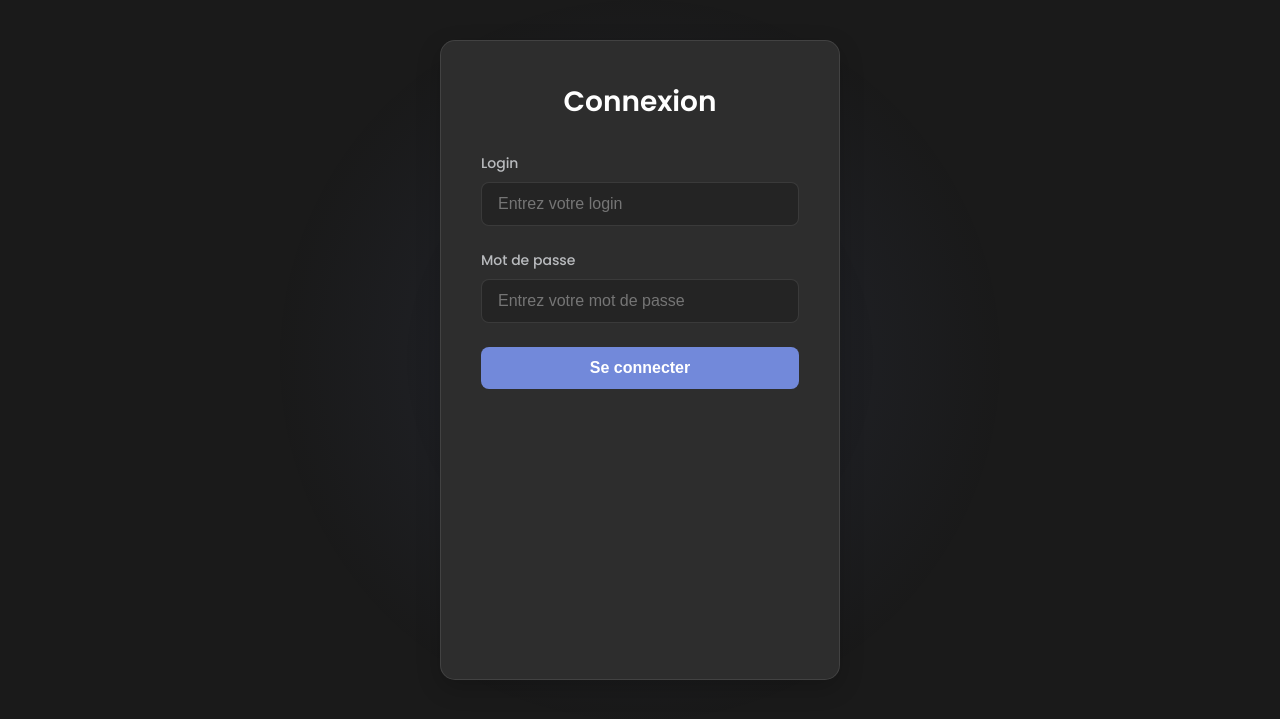
Repository: mbathio/jee
Page: http://localhost/test1/connexion
The author's editor kept a copy of each file at every save. The page is drawn from the files as they stood at one save, then again after the next save.
The browser window is 1280 px wide. The pictures show the whole page.
The page is served by Tomcat 10. Other server files are loaded and not shown.

Above is the page before, as saved 2025-04-11 21:17:39.

### test1/src/main/webapp/WEB-INF/connexion.jsp
<%@ page contentType="text/html;charset=UTF-8" language="java" %>
<!DOCTYPE html>
<html lang="fr">
<head>
    <meta charset="UTF-8">
    <meta name="viewport" content="width=device-width, initial-scale=1.0">
    <title>Connexion</title>
    <link href="https://fonts.googleapis.com/css2?family=Poppins:wght@300;400;600&display=swap" rel="stylesheet">
    <link rel="stylesheet" href="css/style.css">
</head>
<body>
    <div class="login-container">
        <div class="login-title">
            <h1>Connexion</h1>
        </div>
        <form class="login-form" action="connexion" method="get">
            <div class="form-group">
                <label for="login">Login</label>
                <input type="text" id="login" name="login" placeholder="Entrez votre login" required>
            </div>
            <div class="form-group">
                <label for="password">Mot de passe</label>
                <input type="password" id="password" name="password" placeholder="Entrez votre mot de passe" required>
            </div>
            <button type="submit" class="login-btn">Se connecter</button>
        </form>

        <%
            String message = (String) request.getAttribute("message");
            if (message != null) {
        %>
            <div class="error-message">
                <%= message %>
            </div>
        <% } %>
    </div>

    <script>
        document.querySelector('.login-form').addEventListener('submit', function(e) {
            const login = document.getElementById('login');
            const password = document.getElementById('password');

            if (login.value.length < 3) {
                e.preventDefault();
                alert('Le login doit contenir au moins 3 caractères');
                return;
            }

            if (password.value.length < 6) {
                e.preventDefault();
                alert('Le mot de passe doit contenir au moins 6 caractères');
                return;
            }
        });
    </script>
</body>
</html>

### test1/src/main/java/servlet/Connexion.java
package servlet;

import java.io.IOException;
import jakarta.servlet.ServletException;
import jakarta.servlet.annotation.WebServlet;
import jakarta.servlet.http.HttpServlet;
import jakarta.servlet.http.HttpServletRequest;
import jakarta.servlet.http.HttpServletResponse;
import jakarta.servlet.http.HttpSession;

@WebServlet("/connexion")
public class Connexion extends HttpServlet {
    private static final long serialVersionUID = 1L;
    private static final String VALID_LOGIN = "admin";
    private static final String VALID_PASSWORD = "passer";

    @Override
    protected void doGet(HttpServletRequest request, HttpServletResponse response)
            throws ServletException, IOException {
        // Simply forward to the login page when accessed via GET
        this.getServletContext().getRequestDispatcher("/WEB-INF/connexion.jsp").forward(request, response);
    }

    @Override
    protected void doPost(HttpServletRequest request, HttpServletResponse response)
            throws ServletException, IOException {

        // Récupérer les paramètres du formulaire
        String login = request.getParameter("login");
        String password = request.getParameter("password");
        String message;


        if ("admin".equals(login) )
        // Valider les identifiants
        if (login != null && password != null) {
            if (login.equals(VALID_LOGIN) && password.equals(VALID_PASSWORD)) {
                // Create session on successful login
                HttpSession session = request.getSession();
                session.setAttribute("user", login);

                message = "<span style='color: green'>Connexion réussie !</span>";

                // Redirect to welcome page or dashboard after successful login
                // Uncomment the next line and replace with the appropriate path
                // response.sendRedirect(request.getContextPath() + "/dashboard");
                // return;
            } else {
                message = "<span style='color: red'>Échec de connexion. Login ou mot de passe incorrect.</span>";
            }
        } else {
            message = "<span style='color: orange'>Veuillez saisir vos identifiants.</span>";
        }

        // Transmettre le message à la JSP
        request.setAttribute("message", message);

        // Forward to the login page
        this.getServletContext().getRequestDispatcher("/WEB-INF/connexion.jsp").forward(request, response);
    }
}

### test1/src/main/webapp/css/style.css
/* Import des polices */
@import url('https://fonts.googleapis.com/css2?family=Poppins:wght@300;400;500;600;700&display=swap');

/* Reset et variables globales */
:root {
    --primary-color: #7289da;
    --secondary-color: #5c6bc0;
    --background-dark: #1a1a1a;
    --background-light: #2d2d2d;
    --text-primary: #ffffff;
    --text-secondary: #b9bbbe;
    --error-color: #f04747;
    --success-color: #43b581;
}

* {
    margin: 0;
    padding: 0;
    box-sizing: border-box;
}

/* Style principal */
body {
    font-family: 'Poppins', sans-serif;
    background: var(--background-dark);
    min-height: 100vh;
    display: flex;
    position: relative;
    overflow-x: hidden;
}

/* Effet de particules en arrière-plan */
body::before {
    content: '';
    position: fixed;
    top: 0;
    left: 0;
    width: 100%;
    height: 100%;
    background: radial-gradient(circle at 50% 50%, rgba(114, 137, 218, 0.1) 0%, transparent 50%);
    pointer-events: none;
}

/* Sidebar */
.sidebar {
    width: 240px;
    background: var(--background-light);
    height: 100vh;
    padding: 20px;
    position: fixed;
    left: 0;
    top: 0;
}

.logo {
    color: var(--text-primary);
    font-size: 24px;
    font-weight: 700;
    margin-bottom: 40px;
    display: flex;
    align-items: center;
    gap: 10px;
}

.nav-links {
    list-style: none;
}

.nav-links li {
    margin-bottom: 10px;
}

.nav-links a {
    color: var(--text-secondary);
    text-decoration: none;
    font-size: 16px;
    display: flex;
    align-items: center;
    padding: 10px;
    border-radius: 5px;
    transition: all 0.3s ease;
}

.nav-links a:hover {
    background: rgba(114, 137, 218, 0.1);
    color: var(--text-primary);
}

/* Contenu principal */
.main-content {
    margin-left: 240px;
    padding: 40px;
    width: calc(100% - 240px);
}

/* Container de connexion */
.login-container {
    background: var(--background-light);
    border-radius: 15px;
    padding: 40px;
    width: 400px;
    position: relative;
    margin: 40px auto;
    box-shadow: 0 8px 24px rgba(0, 0, 0, 0.2);
    backdrop-filter: blur(10px);
    border: 1px solid rgba(255, 255, 255, 0.1);
}

.login-title {
    text-align: center;
    margin-bottom: 30px;
}

.login-title h1 {
    color: var(--text-primary);
    font-size: 28px;
    font-weight: 600;
}

/* Style des formulaires */
.form-group {
    margin-bottom: 24px;
}

.form-group label {
    display: block;
    color: var(--text-secondary);
    margin-bottom: 8px;
    font-size: 14px;
    font-weight: 500;
}

.form-group input {
    width: 100%;
    padding: 12px 16px;
    background: rgba(0, 0, 0, 0.2);
    border: 1px solid rgba(255, 255, 255, 0.1);
    border-radius: 8px;
    color: var(--text-primary);
    font-size: 16px;
    transition: all 0.3s ease;
}

.form-group input:focus {
    outline: none;
    border-color: var(--primary-color);
    box-shadow: 0 0 0 2px rgba(114, 137, 218, 0.25);
}

/* Bouton de connexion */
.login-btn {
    width: 100%;
    padding: 12px;
    background: var(--primary-color);
    color: white;
    border: none;
    border-radius: 8px;
    font-size: 16px;
    font-weight: 600;
    cursor: pointer;
    transition: all 0.3s ease;
}

.login-btn:hover {
    background: var(--secondary-color);
    transform: translateY(-2px);
    box-shadow: 0 5px 15px rgba(114, 137, 218, 0.4);
}

/* Message d'erreur */
.error-message {
    background: rgba(240, 71, 71, 0.1);
    border: 1px solid var(--error-color);
    color: var(--error-color);
    padding: 12px;
    border-radius: 8px;
    margin-top: 20px;
    font-size: 14px;
    text-align: center;
}

/* Liens supplémentaires */
.additional-links {
    margin-top: 20px;
    text-align: center;
}

.additional-links a {
    color: var(--text-secondary);
    text-decoration: none;
    font-size: 14px;
    transition: color 0.3s ease;
}

.additional-links a:hover {
    color: var(--primary-color);
}

/* Animation de fade-in */
@keyframes fadeIn {
    from {
        opacity: 0;
        transform: translateY(20px);
    }
    to {
        opacity: 1;
        transform: translateY(0);
    }
}

.login-container {
    animation: fadeIn 0.6s ease-out;
}

/* Media Queries */
@media (max-width: 768px) {
    .sidebar {
        width: 70px;
        padding: 20px 10px;
    }

    .logo span {
        display: none;
    }

    .nav-links span {
        display: none;
    }

    .main-content {
        margin-left: 70px;
        width: calc(100% - 70px);
    }
}

@media (max-width: 480px) {
    .login-container {
        width: 90%;
        padding: 30px 20px;
    }

    .sidebar {
        display: none;
    }

    .main-content {
        margin-left: 0;
        width: 100%;
    }
}

After the next save:
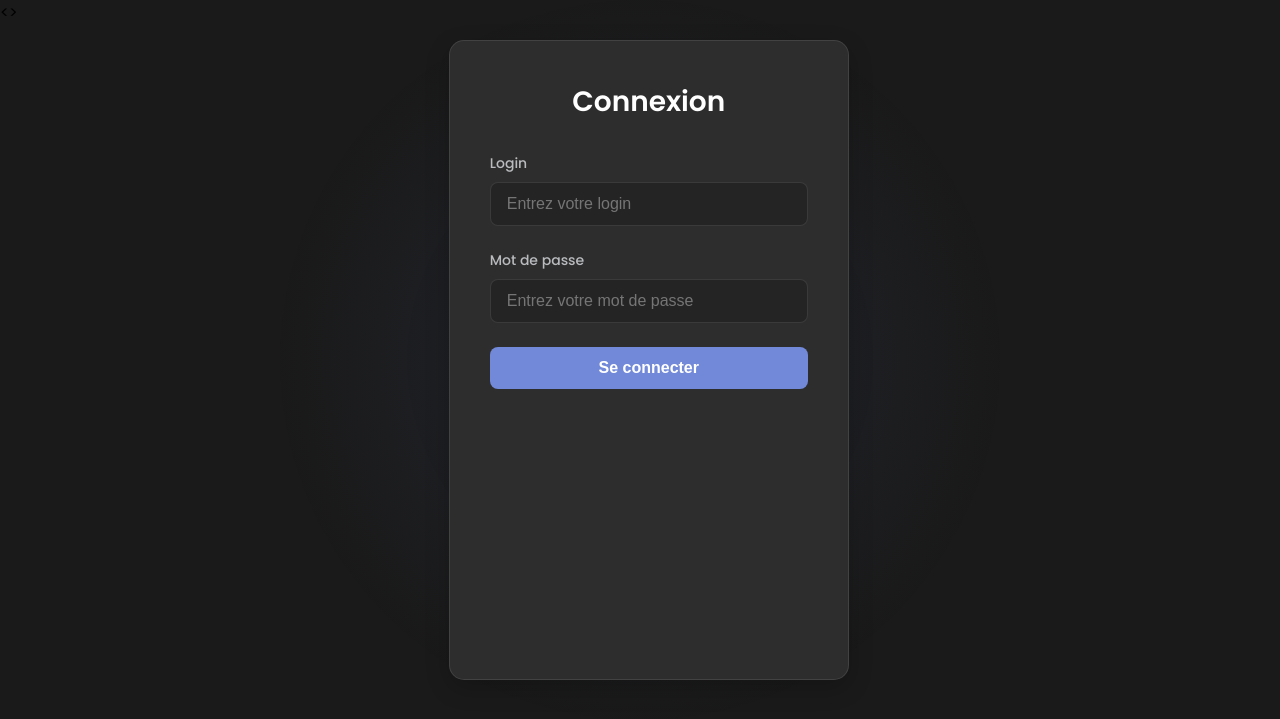
Saved 80 s later.
--- a/test1/src/main/webapp/WEB-INF/connexion.jsp
+++ b/test1/src/main/webapp/WEB-INF/connexion.jsp
@@ -6,7 +6,7 @@
     <meta name="viewport" content="width=device-width, initial-scale=1.0">
     <title>Connexion</title>
     <link href="https://fonts.googleapis.com/css2?family=Poppins:wght@300;400;600&display=swap" rel="stylesheet">
-    <link rel="stylesheet" href="css/style.css">
+    <<link rel="stylesheet" type="text/css" href="${pageContext.request.contextPath}/css/style.css">>
 </head>
 <body>
     <div class="login-container">

After the save that followed:
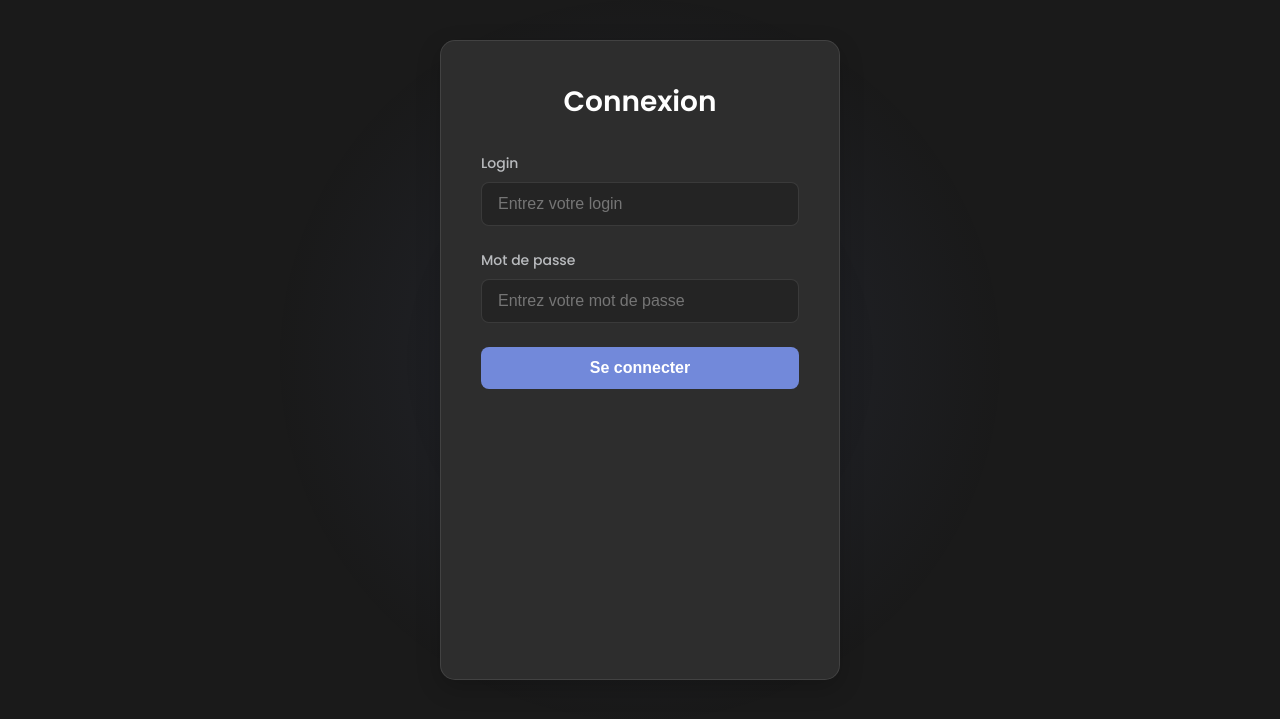
Saved 21 s later.
--- a/test1/src/main/webapp/WEB-INF/connexion.jsp
+++ b/test1/src/main/webapp/WEB-INF/connexion.jsp
@@ -6,7 +6,7 @@
     <meta name="viewport" content="width=device-width, initial-scale=1.0">
     <title>Connexion</title>
     <link href="https://fonts.googleapis.com/css2?family=Poppins:wght@300;400;600&display=swap" rel="stylesheet">
-    <<link rel="stylesheet" type="text/css" href="${pageContext.request.contextPath}/css/style.css">>
+    <link rel="stylesheet" type="text/css" href="${pageContext.request.contextPath}/css/style.css">
 </head>
 <body>
     <div class="login-container">
